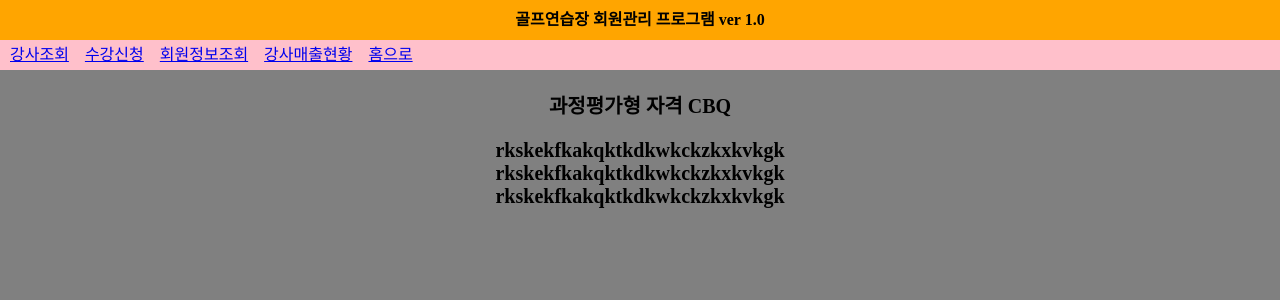
Repository: wjdwlgns1101/school_hrd
Page: http://localhost/hrd_30111_1_/
An editor plug-in stored every save of this project. The page is shown before and after the next save, followed by the edit.
The browser window is 1280 px wide. The pictures show the whole page.
The page is served by Tomcat 9.

Above is the page before, as saved 2024-05-06 13:56:43.

After the next save:
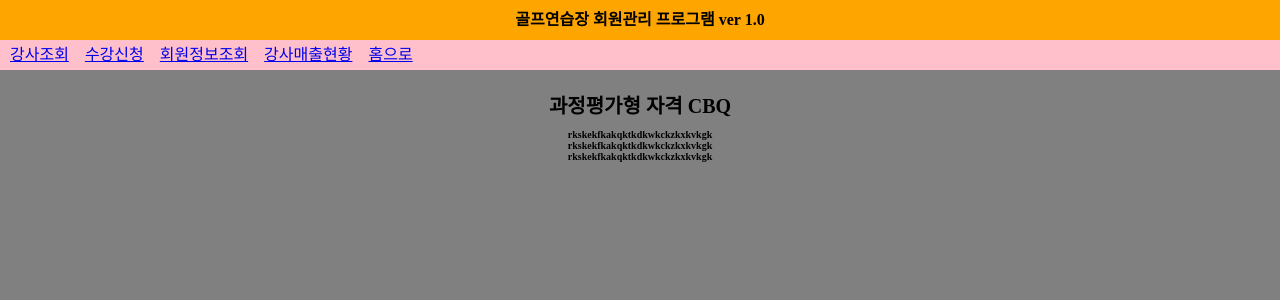
Saved 31 s later.
--- a/hrd_30111_(1)/hrd_30111(1)/src/main/webapp/index.jsp
+++ b/hrd_30111_(1)/hrd_30111(1)/src/main/webapp/index.jsp
@@ -11,7 +11,7 @@
 <section style="position: fixed; background-color: gray; top: 70px; text-align: center; left: 0; width: 100%; height: 100%; padding-top: 20px;">
 <b style="font-size: 20px;">과정평가형 자격 CBQ<b>
 
-<p>
+<p style="font-size: 10px;">
 	rkskekfkakqktkdkwkckzkxkvkgk <br>
 	rkskekfkakqktkdkwkckzkxkvkgk <br>
 	rkskekfkakqktkdkwkckzkxkvkgk <br>
